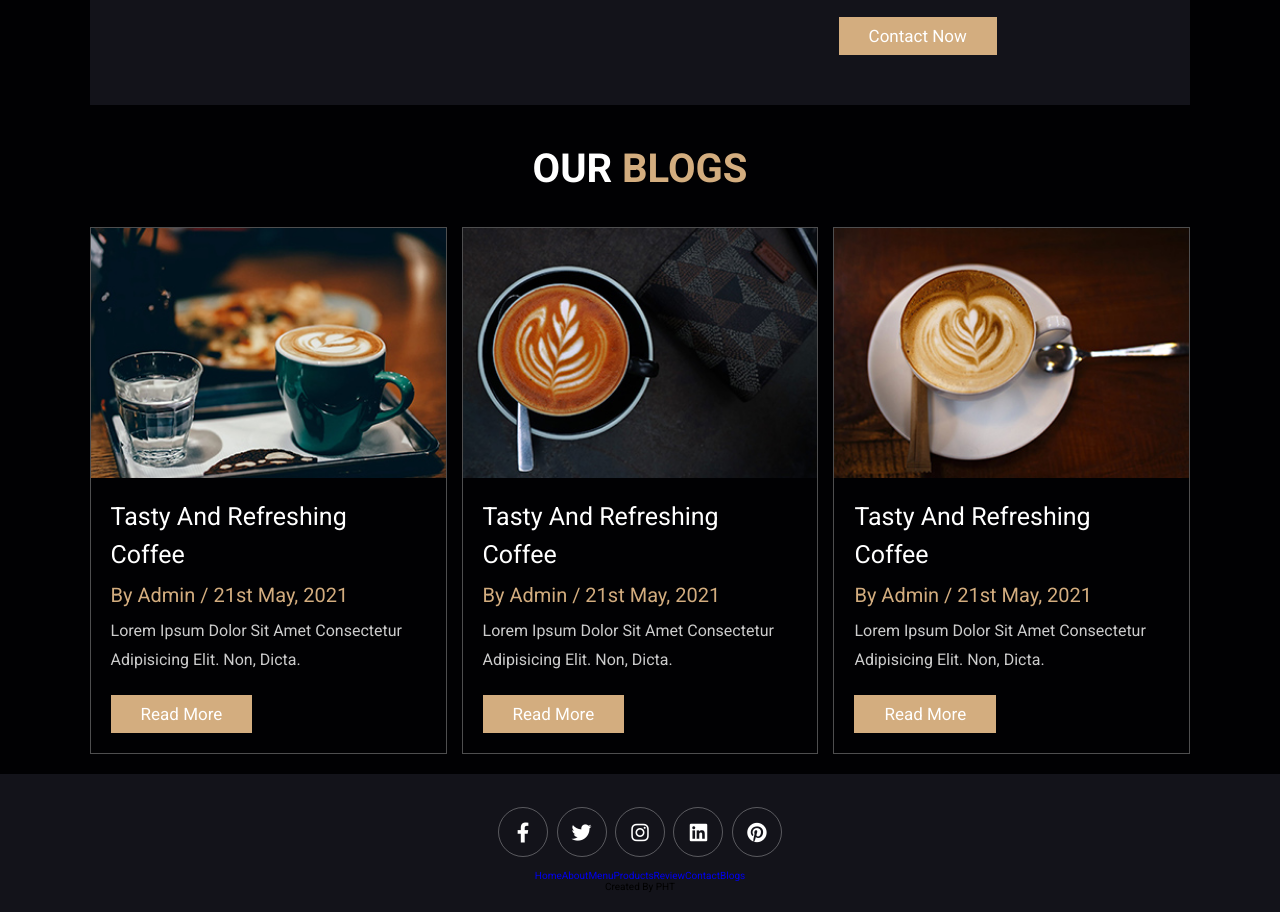
Repository: phamtrunghptn-dev/coffee-shop
Page: index.html
The author's editor kept a copy of each file at every save. The page is drawn from the files as they stood at one save, then again after the next save.
The browser window is 1280 px wide. The pictures show the part of the page from y = 3684 to 4636 px (the page is 4596 px tall before and 4636 px after).
Pictures or frames that could not be fetched are drawn as grey boxes. A picture or video elsewhere on the page could not be fetched, so the positions and the page height are approximate. Some web libraries are served in a nearby version.

Above is the page before, as saved 2022-06-26 22:17:44.

After the next save:
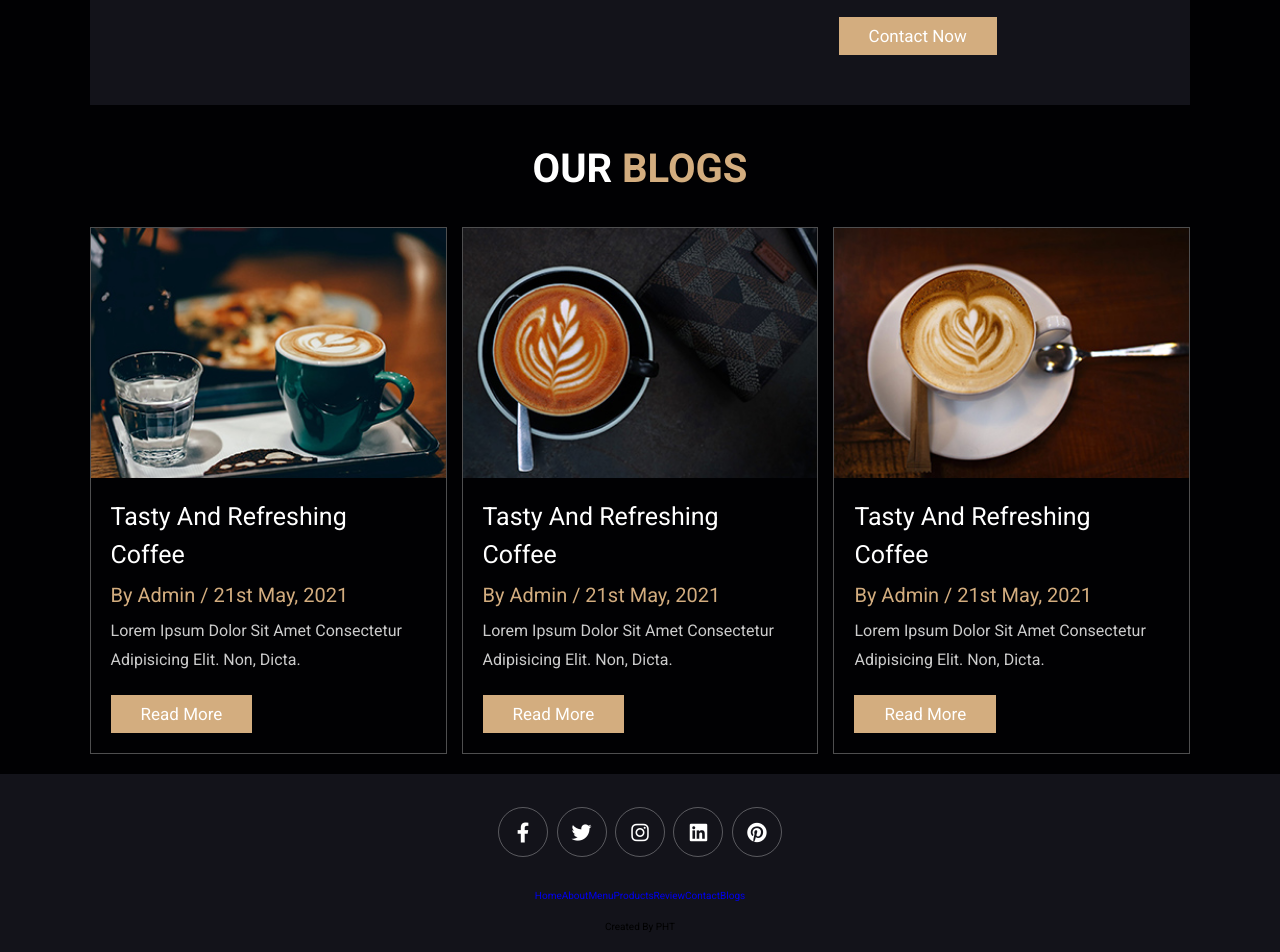
Saved 8 s later.
--- a/css/style.css
+++ b/css/style.css
@@ -539,7 +539,7 @@ section{
     display: flex;
     justify-content: center;
     flex-wrap: wrap;
-
+    padding: 2rem 0;
 }
 
 /* Meadia queries */
